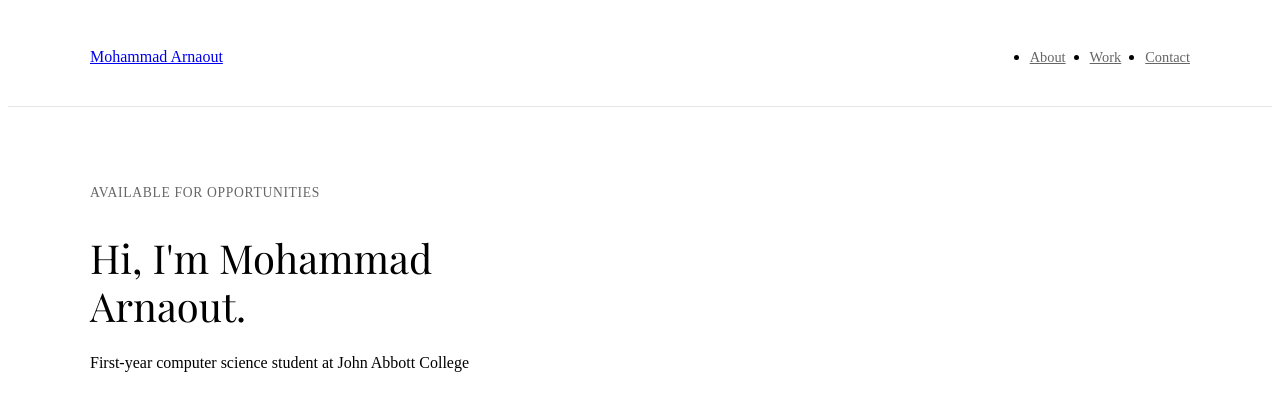
Repository: Moh-Arna/Moh-Arna
Page: index.html
These files come from the project's save history. The page is drawn as it stood at one moment and after the next save; the edit follows.
The browser window is 1280 px wide. The pictures show the whole page.

Above is the page before, as saved 2026-04-22 09:57:35.

### index.html
<!DOCTYPE html>
<html lang=""en>
<head>
  <meta charset="UTF-8">
  <meta name="viewport" content="width=device-width, initial-scale=1.0">
  <title>[Mohammad Arnaout] — Portfolio</title>

  <link rel="stylesheet" href="styles/globals.css">
  <link rel="stylesheet" href="styles/index.css">
</head>

<header class="header">

    <div class="container header-inner">

        <a href="/" class="name">Mohammad Arnaout</a>

        <nav aria-label="Main Navigation">

            <ul class="nav">

                <li>
                    <a href="#about">About</a>
                </li>

                <li>
                    <a href="#work">Work</a>
                </li>

                <li>
                    <a href="#contact">Contact</a>
                </li>

            </ul>

        </nav>

    </div>

</header>

<main>

    <section class="hero">

        <div class="container">
            <p class="top-paragraph">Available for opportunities</p>
            <h1>Hi, I'm Mohammad Arnaout.</h1>
            <p class="bottom-paragraph">First-year computer science student at John Abbott College</p>
        </div>

    </section>

</main>

</html>

### styles/globals.css
@font-face {
  font-family: 'Playfair Display';
  src: url('../assets/fonts/Playfair_Display/PlayfairDisplay-VariableFont_wght.ttf') format('woff2');
  font-weight: 400;
  font-style: normal;
  font-display: swap;
}

@font-face {
  font-family: 'Playfair Display';
  src: url('../assets/fonts/Playfair_Display/PlayfairDisplay-Italic-VariableFont_wght.ttf') format('woff2');
  font-weight: 400;
  font-style: italic;
  font-display: swap;
}

:root{
    --bg:#fafafa;
    --text: #111;
    --muted: #666;
    --border: #e5e5e5;
}

h1, h2, h3{
    font-family: 'PlayFair Display', serif;
    font-weight: 400;
    line-height: 1.2;
}

.container{
    max-width: 1100px;
    margin: 0 auto;
    padding: 0 1.5rem;
}

### styles/index.css
.header{
    padding: 1.5rem 0;
    border-bottom: 1px solid var(--border);
}

.header-inner{
    display: flex;
    justify-content: space-between;
    align-items: center;
}

.nav{
    display: flex;
    gap: 1.5rem;
}

.nav a{
    color: var(--muted);
    font-size: 0.9rem;
}

.nav a:hover{
    color: var(--text);
}


.hero {
    padding: 4rem 0.5rem;
}

.top-paragraph{
    font-size: 0.85rem;
    color: var(--muted);
    text-transform: uppercase;
    letter-spacing: 0.05em;
    margin-bottom: 1.5rem;
}

.hero h1{
    font-size: 2.5rem;
    margin-bottom: 1.5rem;
    max-width: 18ch;
}

After the next save:
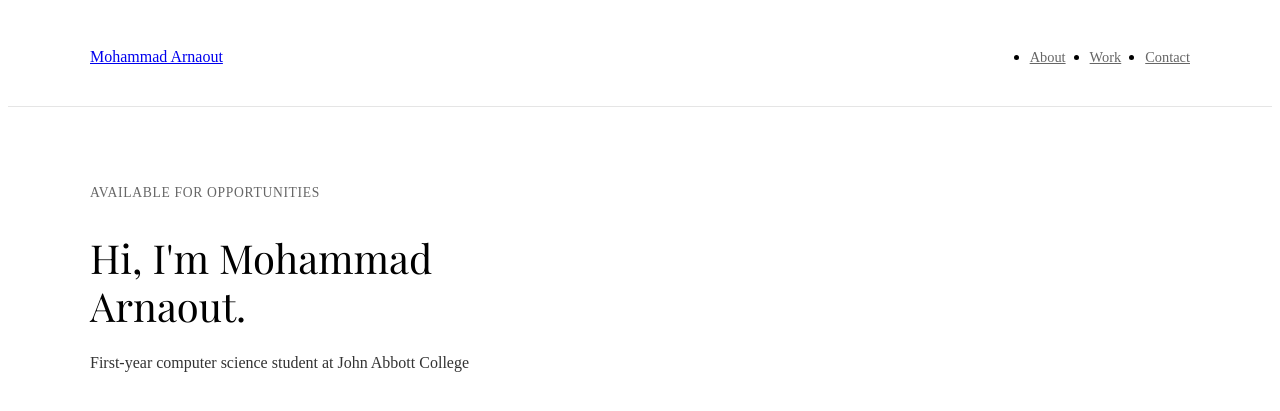
Saved 67 s later.
--- a/styles/index.css
+++ b/styles/index.css
@@ -41,3 +41,8 @@
     margin-bottom: 1.5rem;
     max-width: 18ch;
 }
+
+.bottom-paragraph{
+    color: #333;
+    max-width: 50ch;
+}
